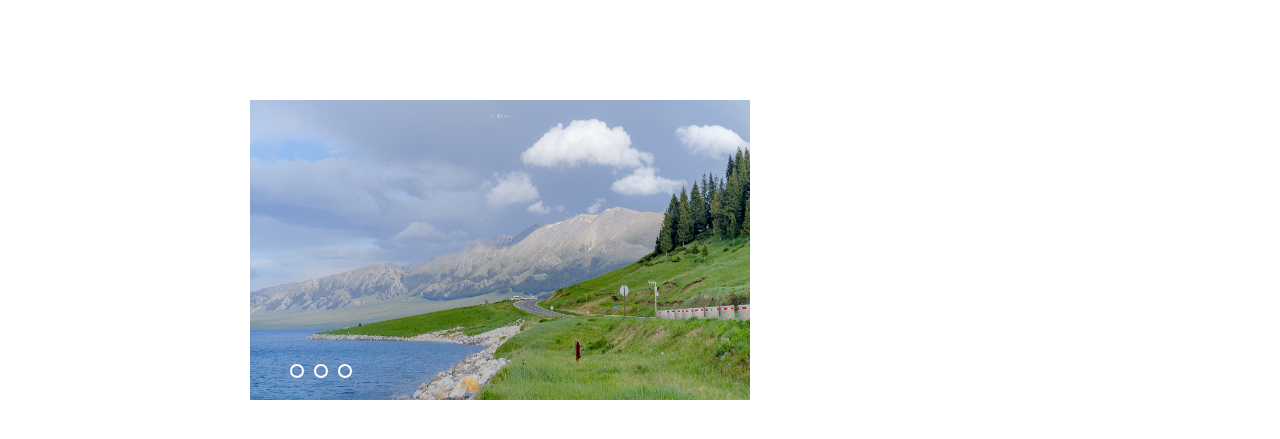
Repository: Sky0258/study
Page: js/25.轮播图案例.html
An editor plug-in stored every save of this project. The page is shown before and after the next save, followed by the edit.
The browser window is 1280 px wide. The pictures show the whole page.

Above is the page before, as saved 2022-09-19 09:33:05.

### js/25.轮播图案例.html
<!DOCTYPE html>
<html lang="en">

<head>
    <meta charset="UTF-8">
    <meta http-equiv="X-UA-Compatible" content="IE=edge">
    <meta name="viewport" content="width=device-width, initial-scale=1.0">
    <title>Document</title>
</head>
<style>
    * {
        padding: 0;
        margin: 0;
    }
    li {
        list-style: none;
    }
    div {
        margin: 100px 250px;
        width: 500px;
        height: 300px;
        overflow: hidden;
        position: relative;
    }
    span {
        display: block;
        width: 25px;
        height: 25px;
        border-radius: 25px;
        background-color: rgba(0, 0, 0, 0.5);
        color: white;
        text-align: center;
        line-height: 25px;
        position: absolute;
        top: 135px;
        font-size: 18px;
        cursor: pointer;
        display: none;
    }
    span.one {
        right: 3px;
    }
    span.two {
        left: 3px;
    }
    .img {
        width: 400%;
    }
    .img li {
        float: left;
    }
    img {
        width: 500px;
        height: 300px;
    }
    .circle {
        margin-left: 30px;
    }
    .circle li{
        width: 10px;
        height: 10px;
        border-radius: 10px;
        border: 2px solid #fff;
        position: relative;
        bottom: 40px;
        float: left;
        margin-left: 10px;
    }
</style>
<body>
    <div class="box">
        <span class="one">></span>
        <span class="two"><</span>
        <ul class="img">
            <li> <img src="./timeImages/20210706210945_81de4.jpg" alt="">
            </li>
            <li> <img src="./timeImages/83f42dba342b4447b27e8ae00ee5b0bb.jpg" alt="">
            </li>
            <li> <img src="./timeImages/下载.png" alt="">
            </li>
            <li> <img src="./timeImages/1.png" alt="">
            </li>
        </ul>
        <ul class="circle">
            <li></li>
            <li></li>
            <li></li>
        </ul>
    </div>
</body>
<script>
    var spans = document.querySelectorAll('span');
    var box = document.querySelector('.box');

    box.addEventListener('mouseover', function() {
        spans[0].style.display = 'block';
        spans[1].style.display = 'block';
    });

    box.addEventListener('mouseout',function() {
        spans[0].style.display = 'none';
        spans[1].style.display = 'none';
    })
</script>
</html>

After the next save:
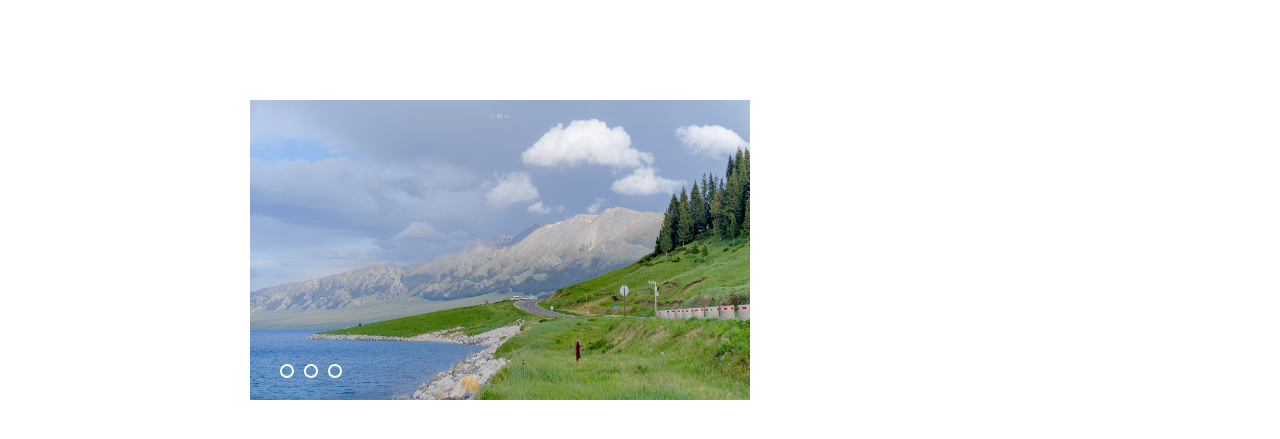
Saved 18 s later.
--- a/js/25.轮播图案例.html
+++ b/js/25.轮播图案例.html
@@ -54,7 +54,7 @@
         height: 300px;
     }
     .circle {
-        margin-left: 30px;
+        margin-left: 20px;
     }
     .circle li{
         width: 10px;

After the save that followed:
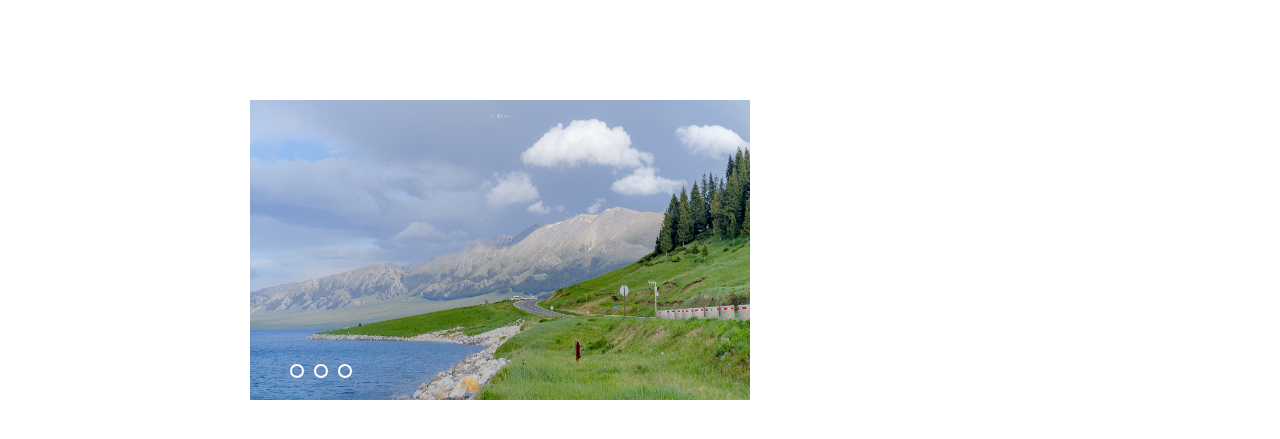
Saved 11 s later.
--- a/js/25.轮播图案例.html
+++ b/js/25.轮播图案例.html
@@ -54,7 +54,7 @@
         height: 300px;
     }
     .circle {
-        margin-left: 20px;
+        margin-left: 30px;
     }
     .circle li{
         width: 10px;
